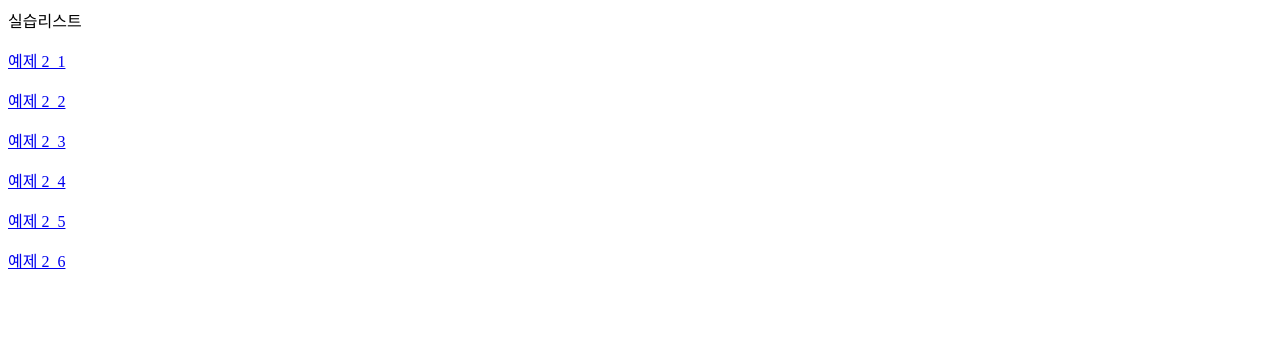
Repository: pjongbum/JSP
Page: http://localhost/jsbook/
An editor plug-in stored every save of this project. The page is shown before and after the next save, followed by the edit.
The browser window is 1280 px wide. The pictures show the whole page.
The page is served by Tomcat 10.

Above is the page before, as saved 2024-10-08 01:46:33.

After the next save:
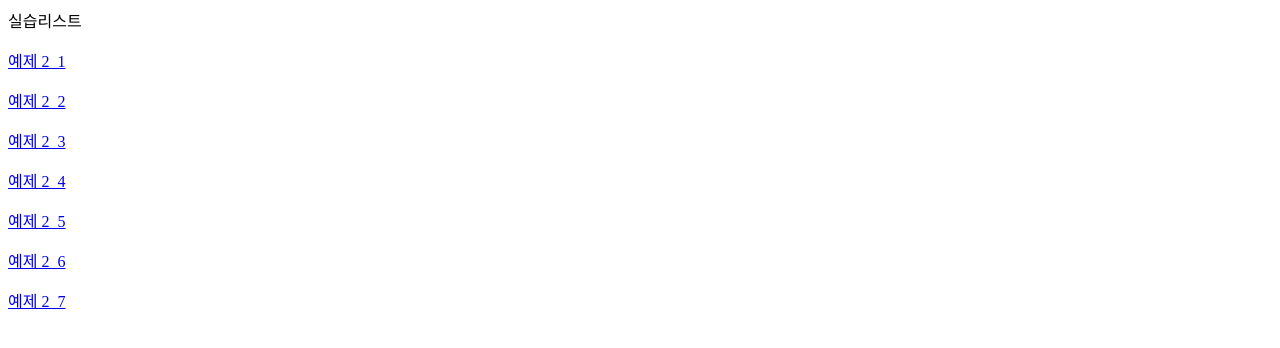
Saved 3 min 44 s later.
--- a/jsbook/src/main/webapp/index.jsp
+++ b/jsbook/src/main/webapp/index.jsp
@@ -14,5 +14,6 @@
 <p><a href = "2_4">예제 2_4</a></p>
 <p><a href = "2_5">예제 2_5</a></p>
 <p><a href = "2_6">예제 2_6</a></p>
+<p><a href = "2_7">예제 2_7</a></p>
 </body>
 </html>
